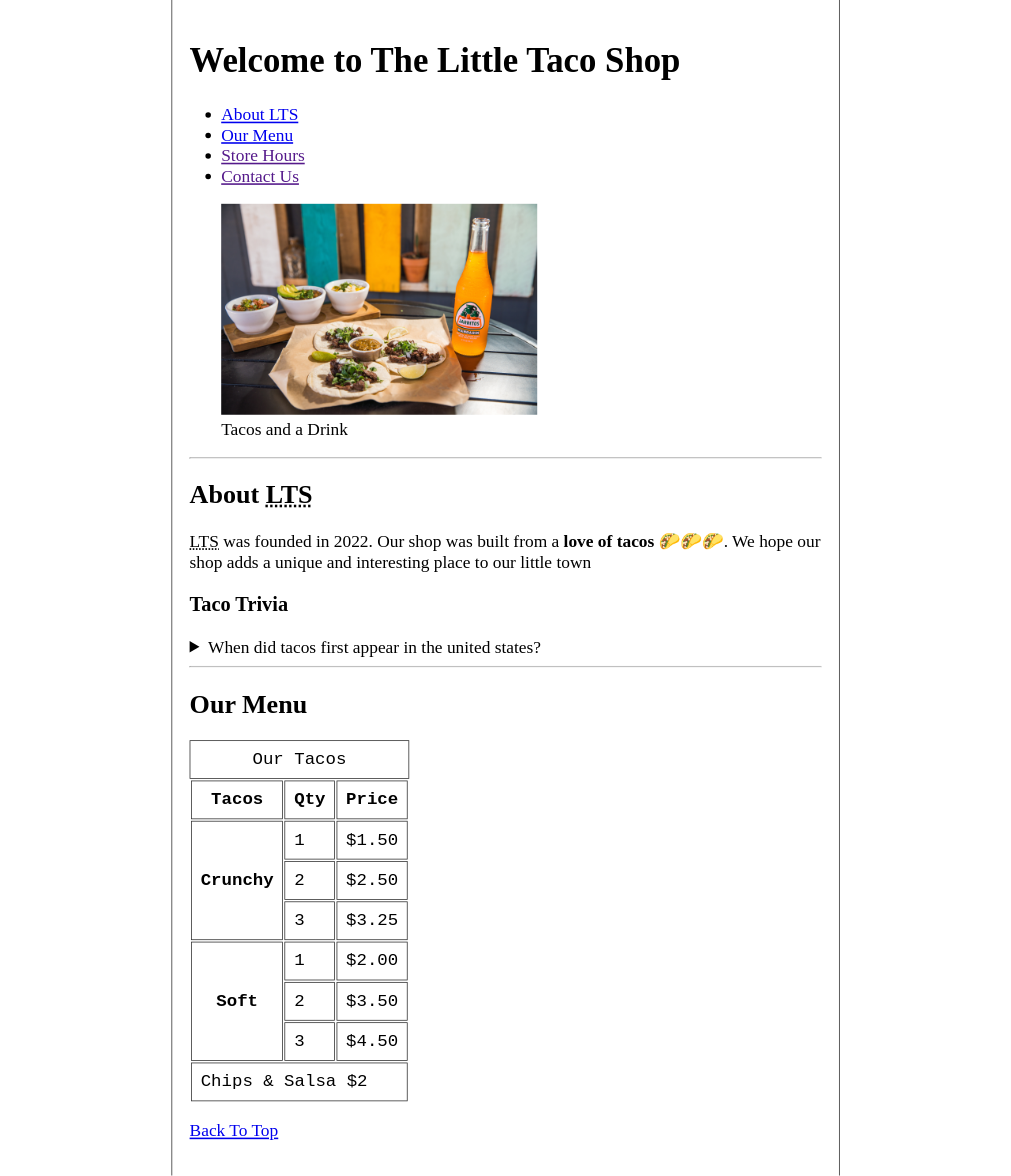
Repository: Israa-Odeh/html-basics-project
Page: index.html
These files come from the project's save history. The page is drawn as it stood at one moment and after the next save; the edit follows.
The browser window is 1280 px wide. The pictures show the whole page, at 79% of full size.

Above is the page before, as saved 2024-08-20 02:12:21.

After the next save:
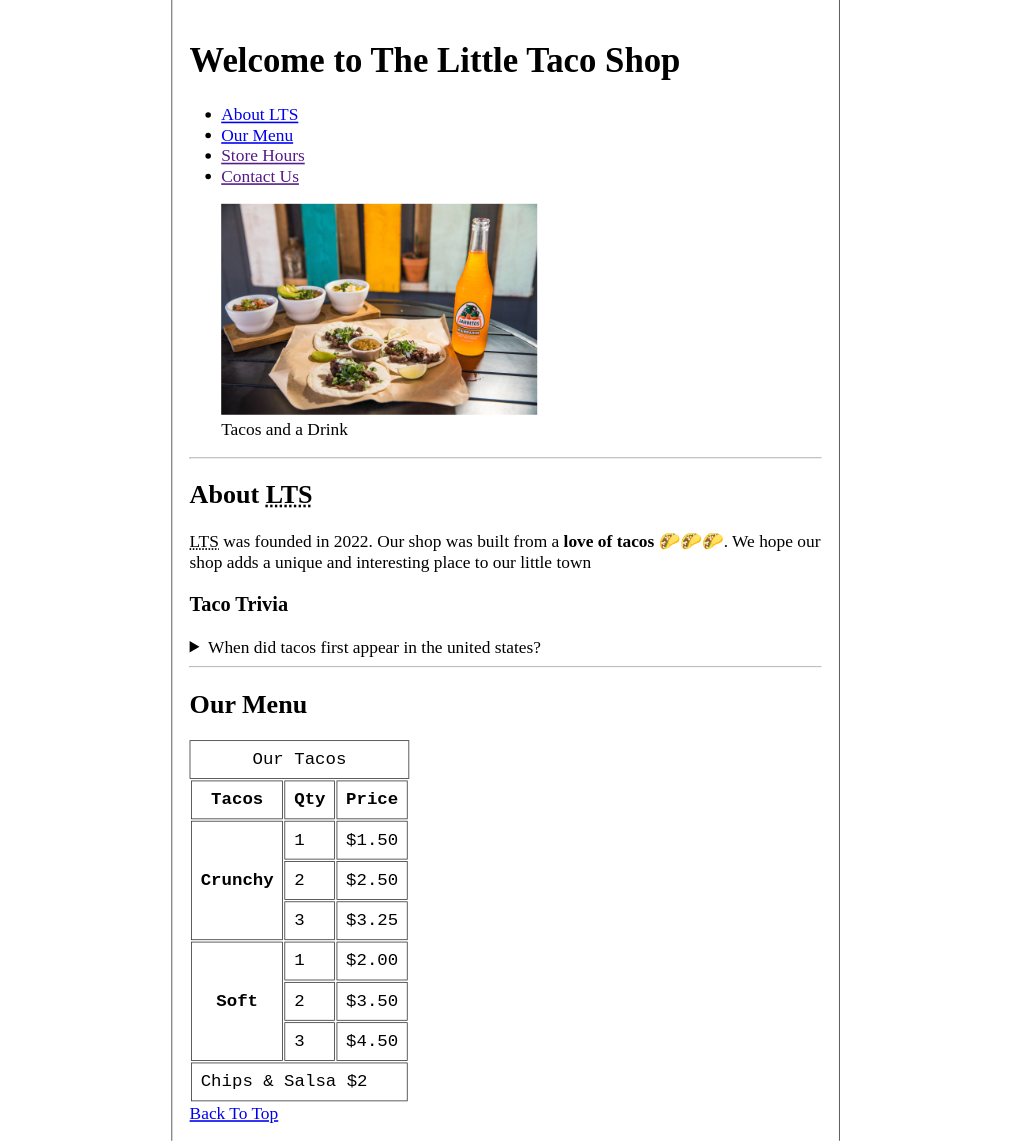
Saved 8 s later.
--- a/index.html
+++ b/index.html
@@ -112,7 +112,7 @@
     </main>
 
     <footer>
-        <p><a href="#top">Back To Top</a></p>
+        <a href="#top">Back To Top</a>
 
     </footer>
 
